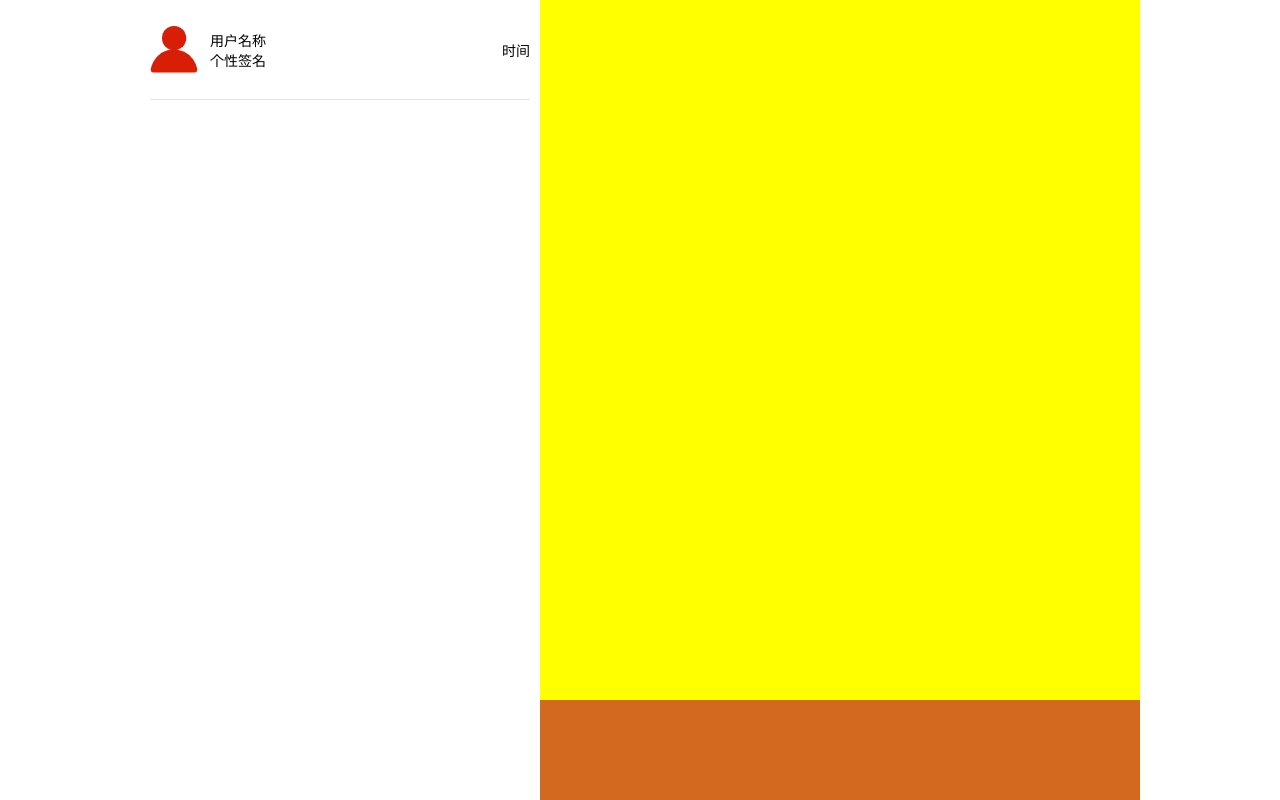
Repository: jinggegeZ/livechat
Page: /
An editor plug-in stored every save of this project. The page is shown before and after the next save, followed by the edit.
The browser window is 1280 px wide. The pictures show the whole page.
The project was rebuilt for these pictures with package versions that can differ from the ones it lists, and the page was loaded fresh each time.

Above is the page before, as saved 2020-08-17 11:11:39.

After the next save:
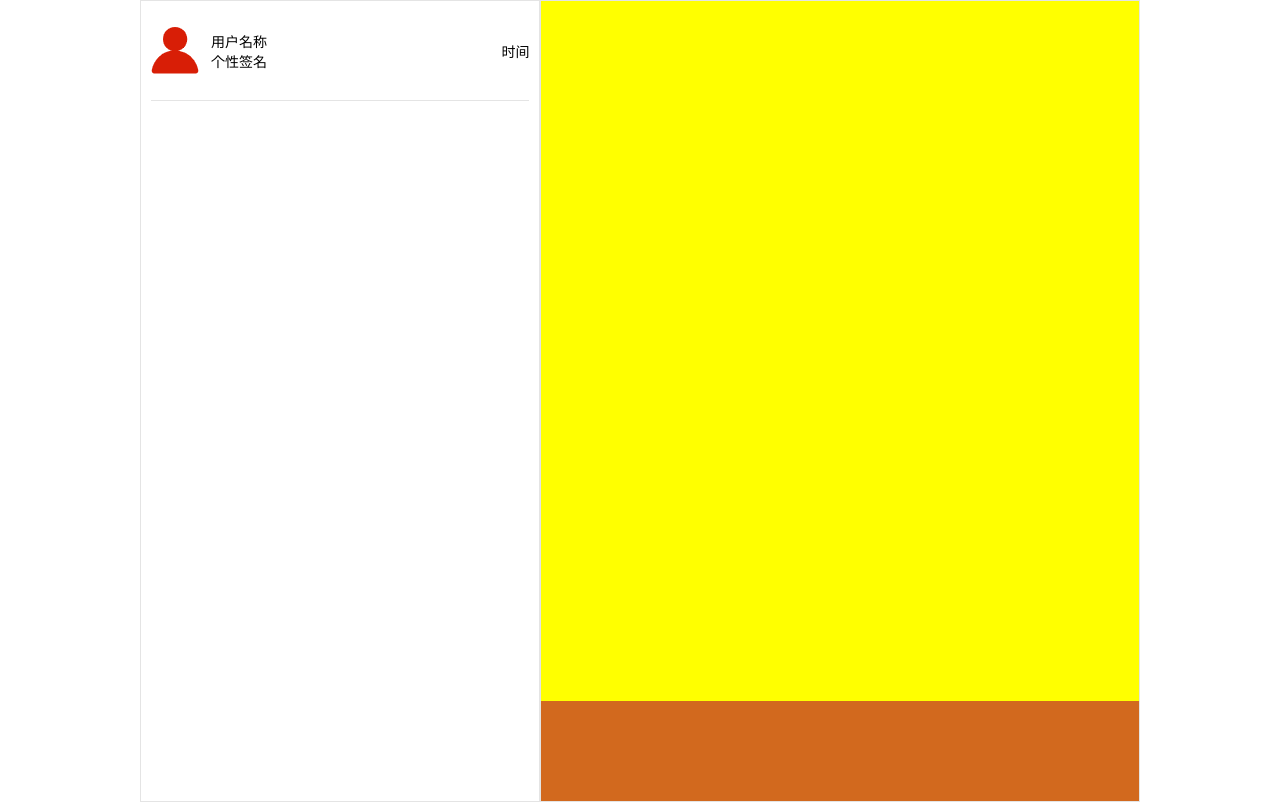
Saved 42 s later.
--- a/src/views/Home.vue
+++ b/src/views/Home.vue
@@ -69,6 +69,7 @@ export default {
   height: 100%;
   display: flex;
   justify-content: center;
+  border: 1px solid rgb(228, 228, 228);
 }
 .box1-1 {
   width: 95%;
@@ -94,6 +95,7 @@ export default {
   height: 100%;
   background: yellow;
   position: relative;
+  border: 1px solid rgb(228, 228, 228);
 }
 .box2-2 {
   position: absolute;
